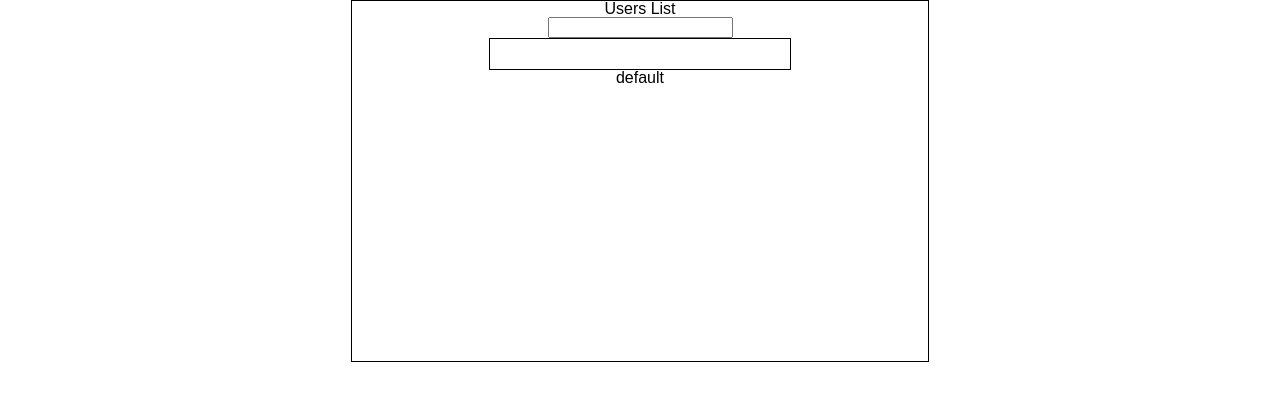
Repository: TomaszBeben/FirstTypescript
Page: /
These files come from the project's save history. The page is drawn as it stood at one moment and after the next save; the edit follows.
The browser window is 1280 px wide. The pictures show the whole page.
The page's requests for data from a server got no answer. The project was rebuilt for these pictures with package versions that can differ from the ones it lists, and the page was loaded fresh each time. No one was signed in, and anything a server would have sent is missing.

Above is the page before, as saved 2021-12-21 12:03:12.

After the next save:
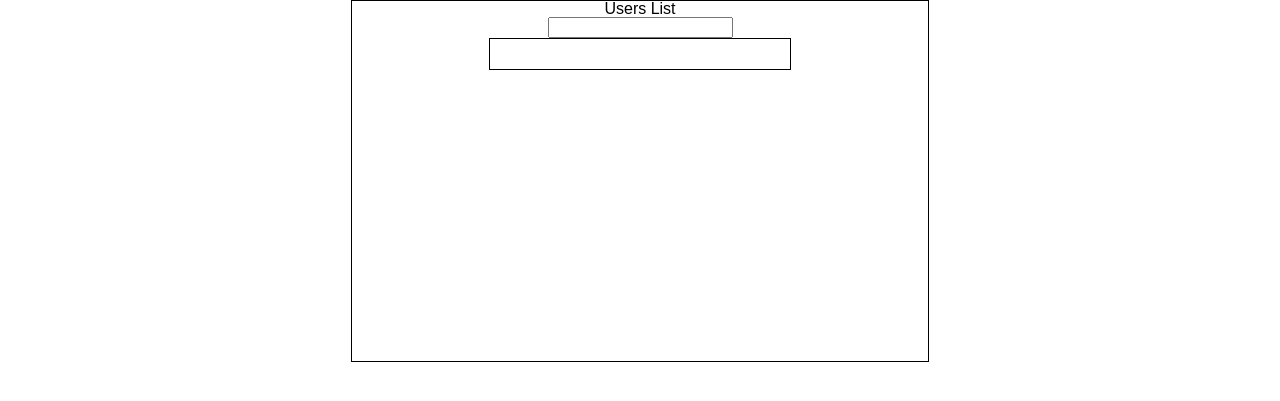
Saved 2 min 39 s later.
--- a/src/App.tsx
+++ b/src/App.tsx
@@ -32,7 +32,6 @@ const App: FC = () => {
     <div className='App'>
       <Header/>
       <Search/>
-      {users}
     </div>
   )
 }
